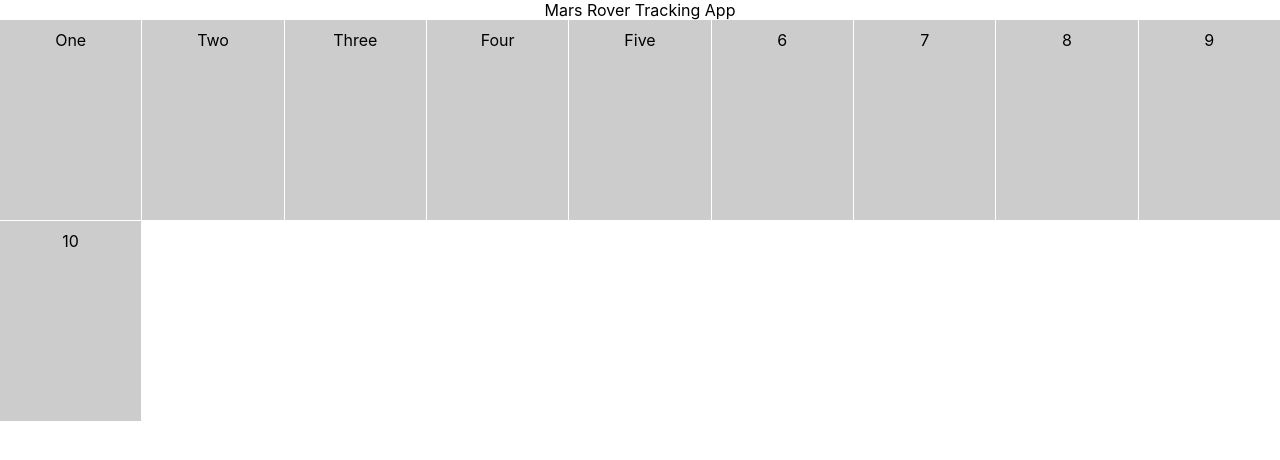
Repository: madhurisandbhor/Rover-Tracking-App
Page: /
An editor plug-in stored every save of this project. The page is shown before and after a run of saves, followed by the edit.
The browser window is 1280 px wide. The pictures show the whole page.
The project was rebuilt for these pictures with package versions that can differ from the ones it lists, and the page was loaded fresh each time.

Above is the page before, as saved 2021-09-06 16:54:03.

After the next 2 saves:
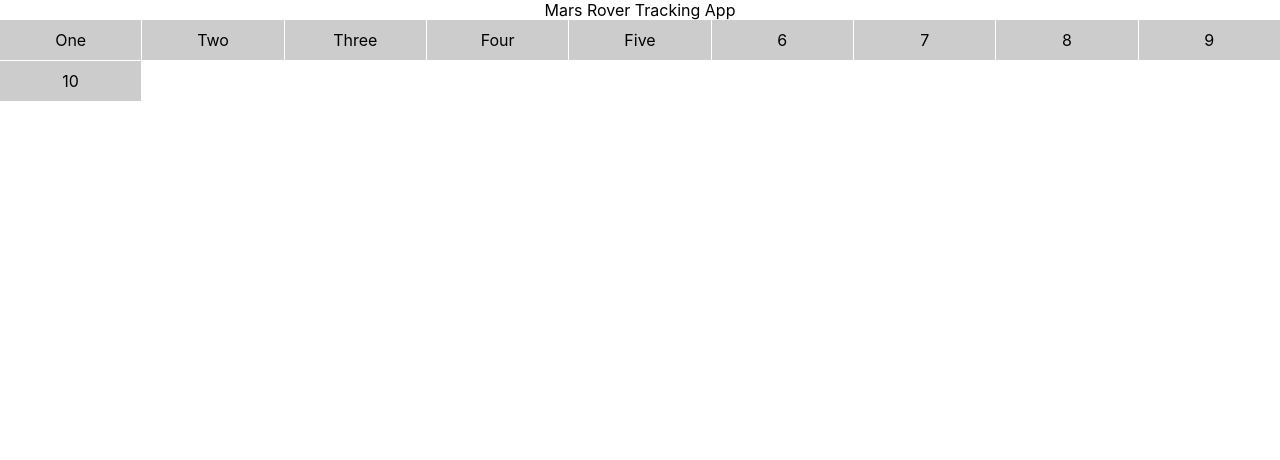
The 2 saves are shown as one change because 1 did not build or start.
The last was saved 37 s later.
--- a/src/Grid.jsx
+++ b/src/Grid.jsx
@@ -1,9 +1,10 @@
 import React from 'react'
-import { maxY } from "./constants";
+import { maxY, maxX } from "./constants";
 
 const wrapper = {
     display: 'grid',
     gridTemplateColumns: `repeat(${maxY}, 1fr)`,
+    gridTemplateRows: `repeat(${maxX}, 1fr)`,
     gridAutoRows: '200px',
     gridGap: '1px',
 }
